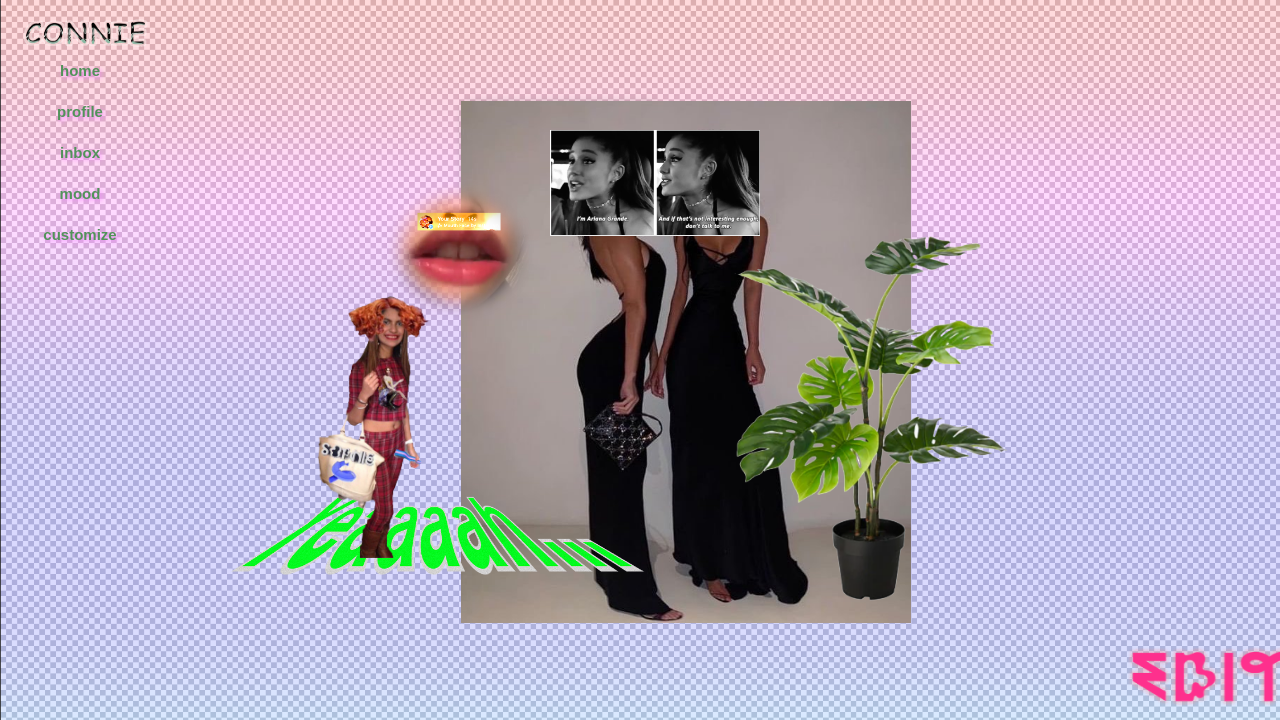
Repository: xuc009/xuc009.github.io
Page: track12/index.html
These files come from the project's save history. The page is drawn as it stood at one moment and after a run of saves; the edit follows.
The browser window is 1280 px wide. The pictures show the whole page.
Some web fonts or font styles are not loaded; a fallback is used. Some web libraries are served in a nearby version.

Above is the page before, as saved 2018-12-08 17:10:20.

After the next 2 saves:
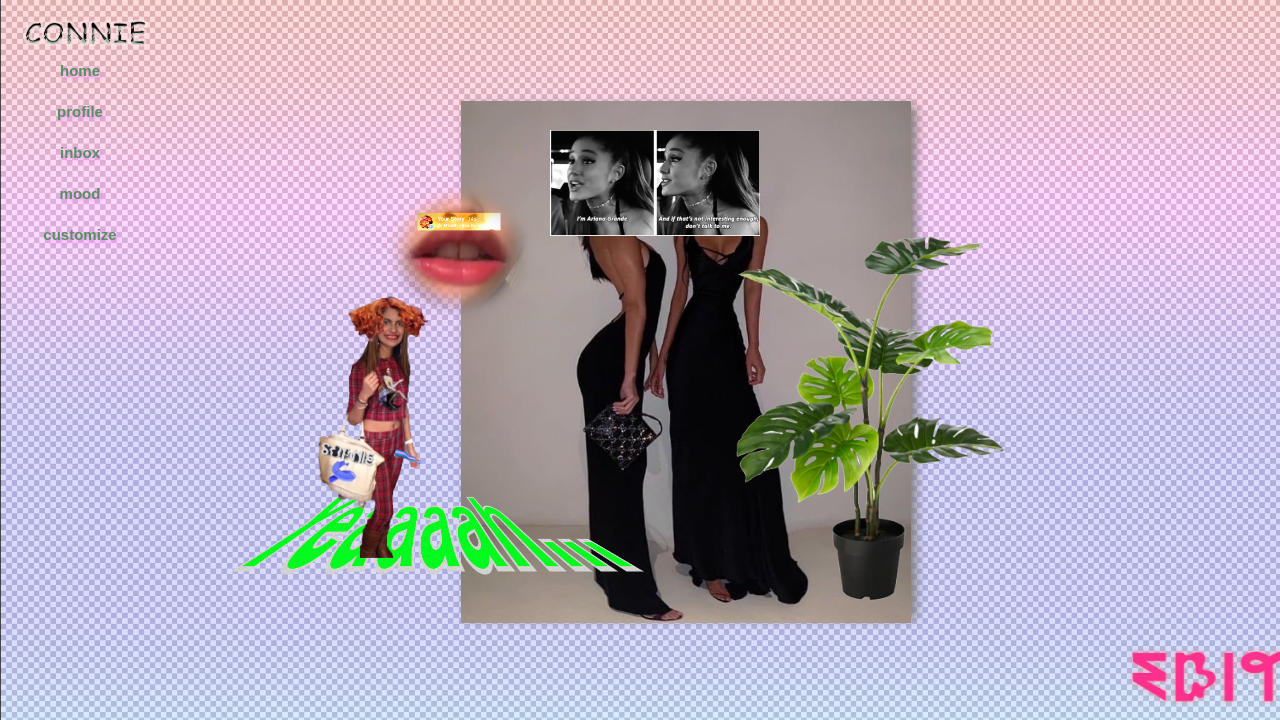
The 2 saves are shown as one change because they came seconds apart.
The last was saved 65 s later.
--- a/track12/assets/css/styles.css
+++ b/track12/assets/css/styles.css
@@ -44,8 +44,8 @@
 }
 
 #draggable1{
-    width: 190px;
-    height: 187px;
+    width: 450px;
+    height: 513.49px;
     background: #fff;
     border: none;
     box-shadow: 5px 5px 10px #807d7d;
